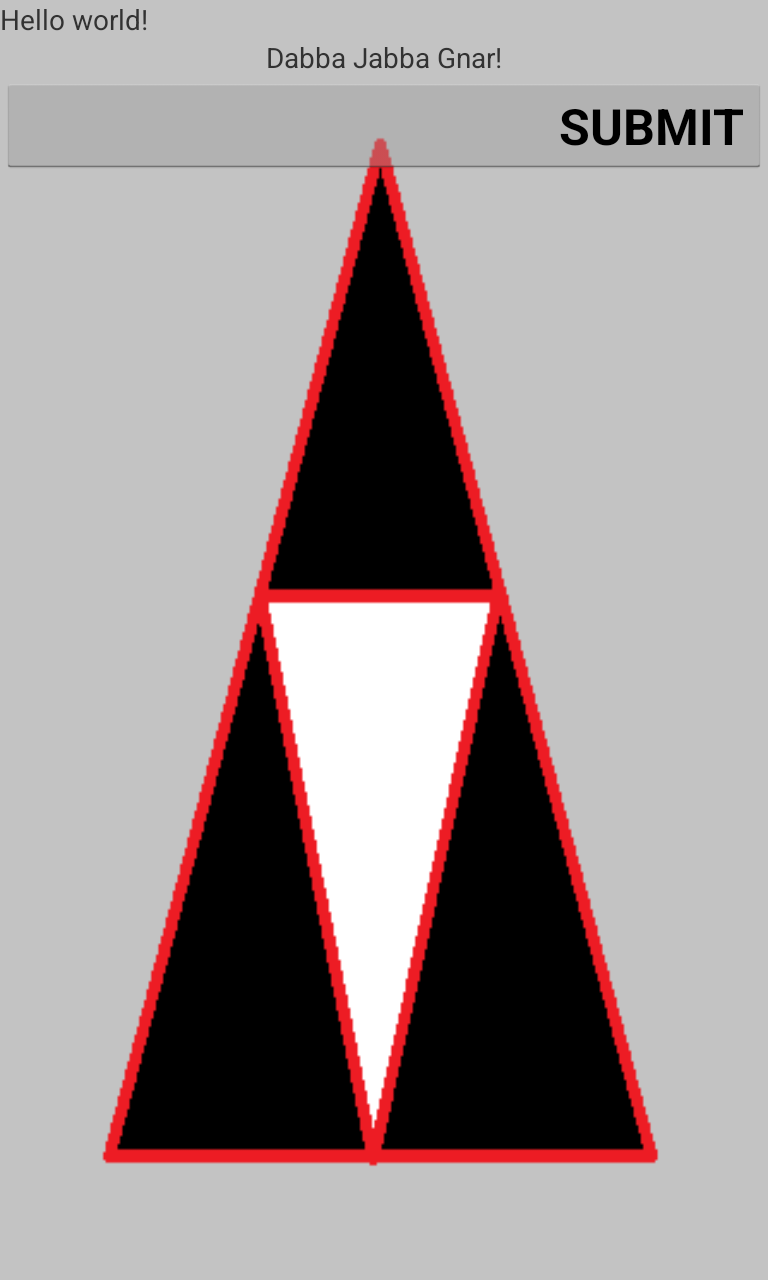
Repository: IgnacioRV/AndroidDev
Layout: ProjectYasuo/res/layout/main2.xml
The author's editor kept a copy of each file at every save. The layout is drawn from the files as they stood at one save, then again after the next save.
It is drawn on a 768 x 1280 px phone screen (xhdpi) without system bars, with theme AppTheme; the app's code is not run.

Above is the layout before, as saved 2016-01-21 16:14:12.

After the next save:
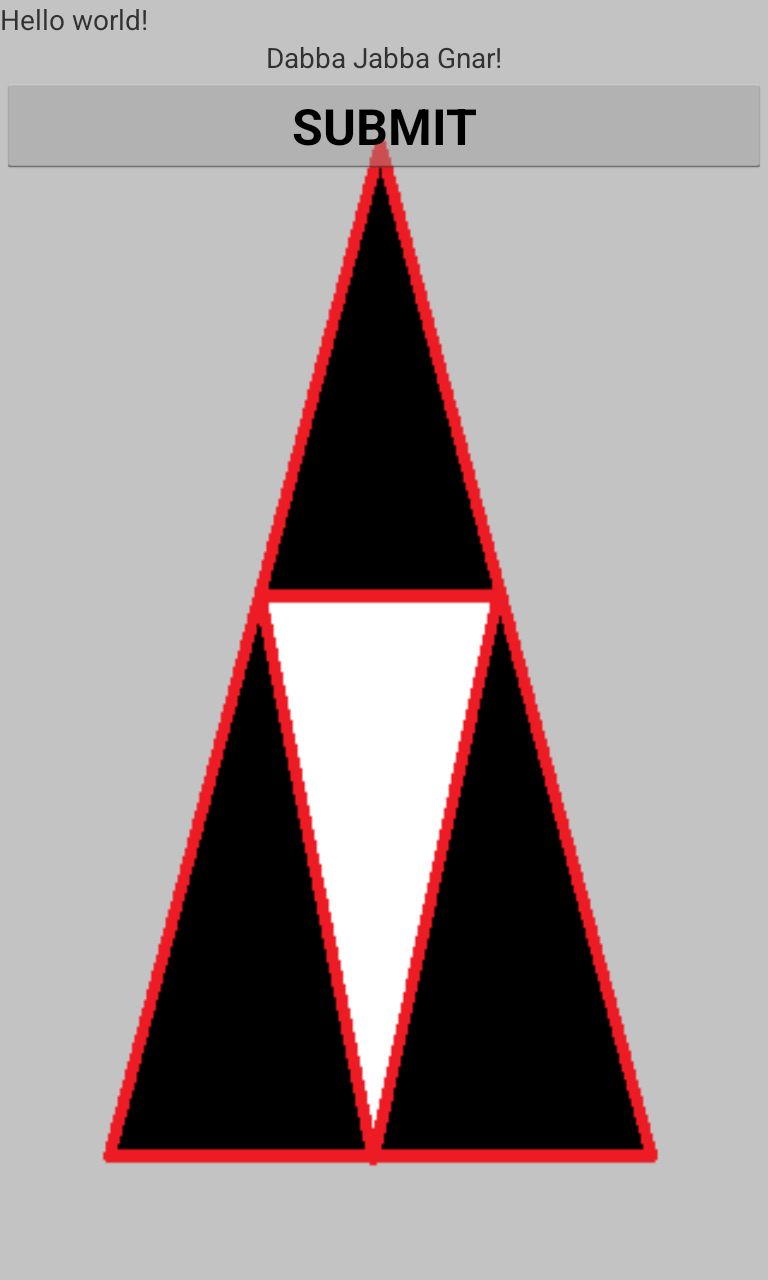
Saved 26 s later.
--- a/ProjectYasuo/res/layout/main2.xml
+++ b/ProjectYasuo/res/layout/main2.xml
@@ -20,9 +20,9 @@
     <Button
         android:layout_width="fill_parent"
         android:layout_height="wrap_content"
+        android:gravity="center"
         android:text="@string/button1"
         android:textSize="25sp"
-        android:textStyle="bold"
-        android:gravity="end" />
+        android:textStyle="bold" />
 
 </LinearLayout>
